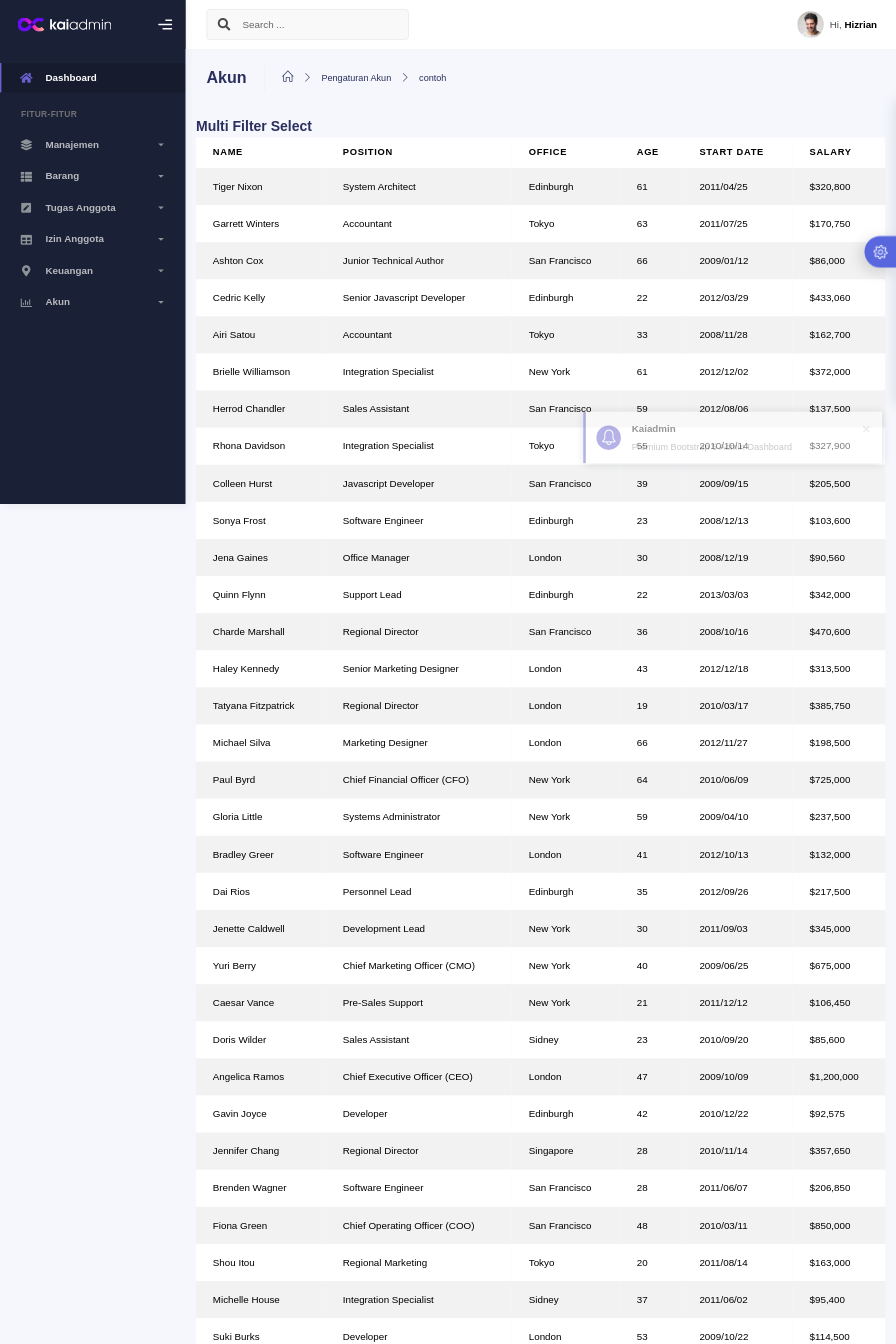
Repository: fatkquladhim/multimedia_laravel
Page: http://localhost/akun
An editor plug-in stored every save of this project. The page is shown before and after the next save, followed by the edit.
The browser window is 1280 px wide. The pictures show the part of the page from y = 0 to 1920 px (the page is 3344 px tall before and 3396 px after), at 70% of full size.
Some web fonts or font styles are not loaded; a fallback is used. The page is served by the project's Laravel application, run on PHP 8.4 with Laravel 12.

Above is the page before, as saved 2025-08-16 22:57:27.
Console error: ReferenceError: jsVectorMap is not defined

After the next save:
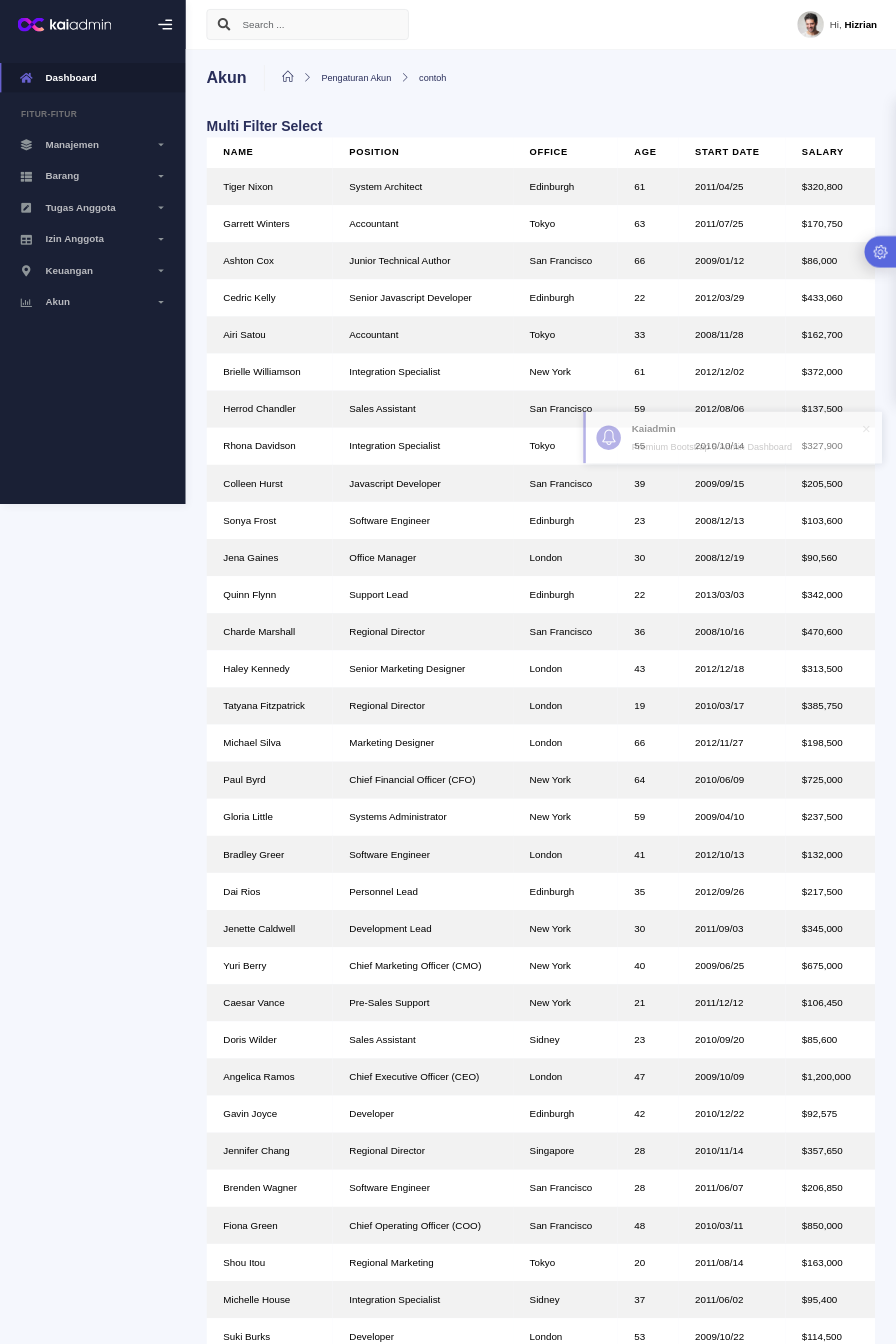
Saved 9 s later.
--- a/resources/views/akun/tampil.blade.php
+++ b/resources/views/akun/tampil.blade.php
@@ -24,7 +24,7 @@
             </ul>
         </div>
         <div class="row">
-
+            <div class="col-md-12">
                   <div class="card-header">
                     <h4 class="card-title">Multi Filter Select</h4>
                   </div>
